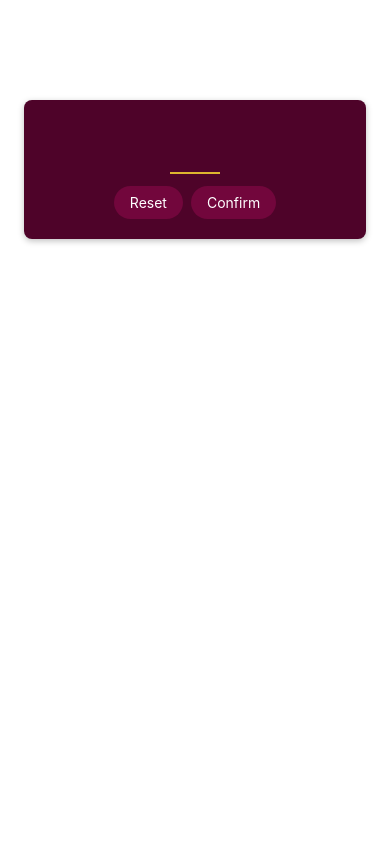
Repository: GarlicButterBoy/Number-Guessing-Game
Screen: /
The author's editor kept a copy of each file at every save. The screen is drawn from the files as they stood at one save, then again after a run of saves.
The app was drawn by React Native's web renderer in a window 390 px wide. The project was rebuilt for these pictures with package versions that can differ from the ones it lists, and the page was loaded fresh each time.

Above is the screen before, as saved 2024-05-03 09:23:53.

After the next 5 saves:
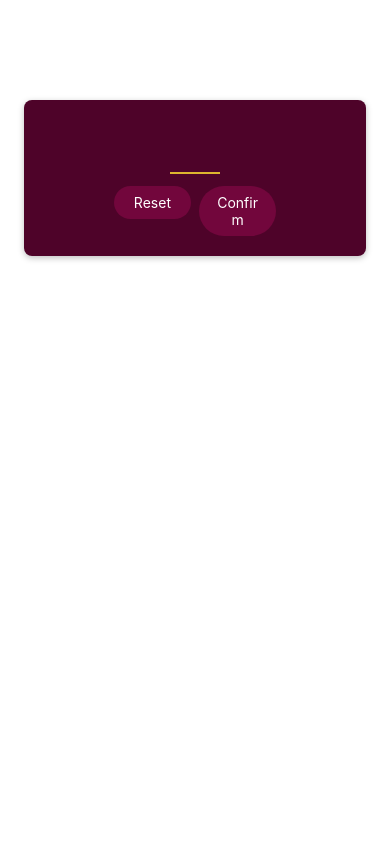
The 5 saves are shown as one change because they came seconds apart.
The last was saved 15 s later.
--- a/screens/StartGameScreen.js
+++ b/screens/StartGameScreen.js
@@ -55,4 +55,7 @@ const styles = StyleSheet.create({
     flexDirection: "row",
     alignItems: "stretch",
   },
+  buttonContainer: {
+    flex: 1,
+  },
 });
